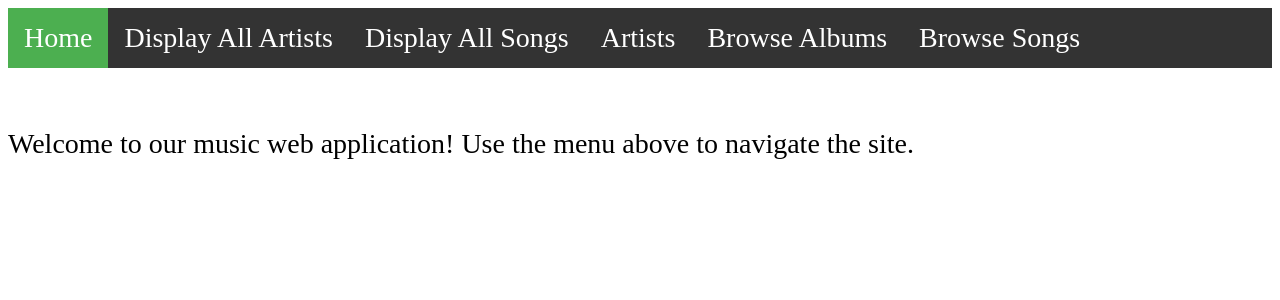
Repository: jasonfic/jmf194_INFSCI1017
Page: jmf194_FinalProject/WebContent/index.html
These files come from the project's save history. The page is drawn as it stood at one moment and after the next save; the edit follows.
The browser window is 1280 px wide. The pictures show the whole page.

Above is the page before, as saved 2019-04-19 18:14:29.

### jmf194_FinalProject/WebContent/index.html
<!DOCTYPE html>
<html>
<head>
<meta charset="UTF-8">
<title>Music Navigator</title>
<script src="script/jquery-3.4.0.min.js"></script>
<script>
$(function() {
    $("#includedContent").load("menu.html");
});
</script>
</head>

<body>
<div id="includedContent"></div>
<br/>
<p font-size: 28px;>Welcome to our music web application! Use the menu above to navigate the site.</p>

</body>
</html>

### jmf194_FinalProject/WebContent/menu.html
<!DOCTYPE html>
<html>
<head>
<meta charset="UTF-8">
<title>Music Navigator</title>
<style>
body {
  font-size: 28px;
}

ul {
  list-style-type: none;
  margin: 0;
  padding: 0;
  overflow: hidden;
  background-color: #333;
  position: -webkit-sticky;
  position: sticky;
  top: 0;
}

li {
  float: left;
}

li a {
  display: block;
  color: white;
  text-align: center;
  padding: 14px 16px;
  text-decoration: none;
}

li a:hover {
  background-color: #111;
}

.active {
  background-color: #4CAF50;
}
</style>
</head>
<body>
<ul>
  <li><a class="active" href="index.html">Home</a></li>
  <li><a href="displayArtists.html">Display All Artists</a></li>
  <li><a href="displaySongs.html">Display All Songs</a></li>
  <li><a href="artist.html">Artists</a></li>
  <li><a href="album.html">Browse Albums</a></li>
  <li><a href="song.html">Browse Songs</a></li>
</ul>

</body>
</html>

Loaded but not shown: jmf194_FinalProject/WebContent/script/jquery-3.4.0.min.js (library)

After the next save:
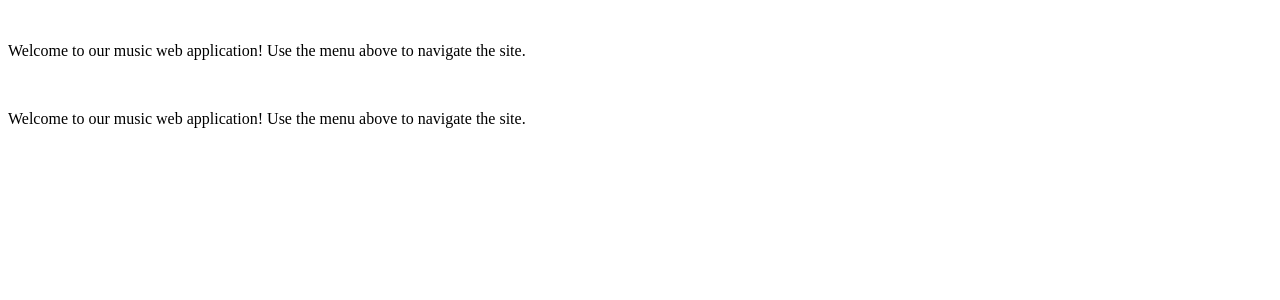
Saved 46 s later.
--- a/jmf194_FinalProject/WebContent/index.html
+++ b/jmf194_FinalProject/WebContent/index.html
@@ -6,7 +6,7 @@
 <script src="script/jquery-3.4.0.min.js"></script>
 <script>
 $(function() {
-    $("#includedContent").load("menu.html");
+    $("#includedContent").load("");
 });
 </script>
 </head>
